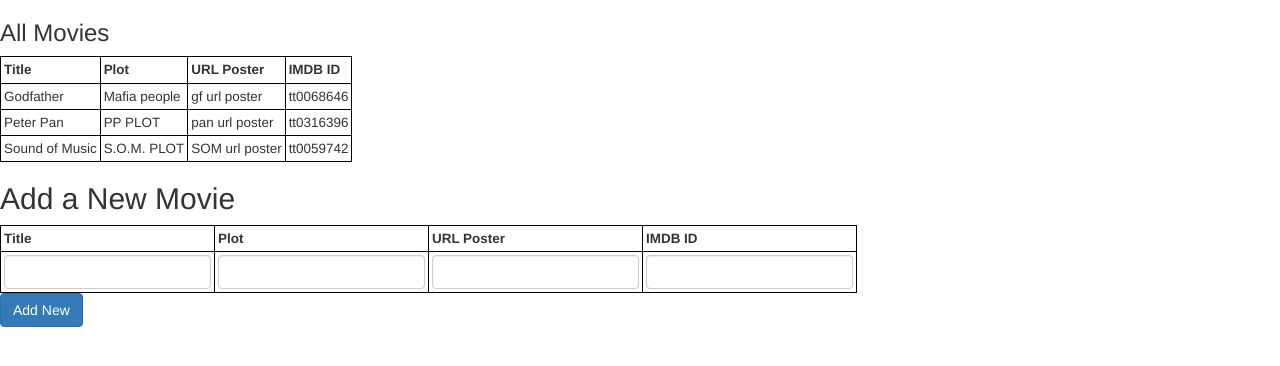
Repository: gitsana/JoseAnnunziato
Page: MyRestfulService/WebContent/movies.html
The author's editor kept a copy of each file at every save. The page is drawn from the files as they stood at one save, then again after the next save.
The browser window is 1280 px wide. The pictures show the whole page.
The page's requests for data from a server got no answer.

Above is the page before, as saved 2015-10-02 03:14:16.

After the next save:
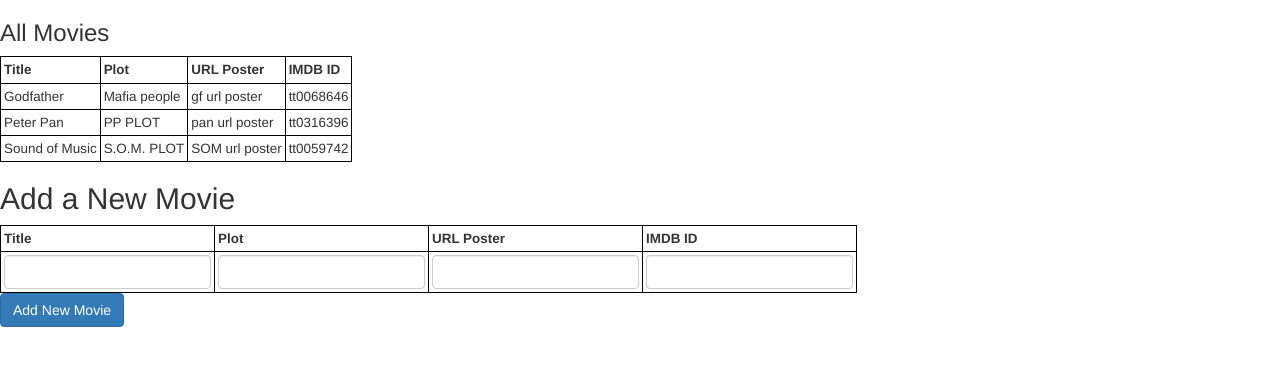
Saved 14 s later.
--- a/MyRestfulService/WebContent/movies.html
+++ b/MyRestfulService/WebContent/movies.html
@@ -41,7 +41,7 @@
 		<td><input class="form-control" name="newimdbid"></td>
 	</tr>
 </table>
-<button class="btn btn-primary" name="addButton">Add New</button>
+<button class="btn btn-primary" name="addButton">Add New Movie</button>
 
 <div id="div1"></div>
 
